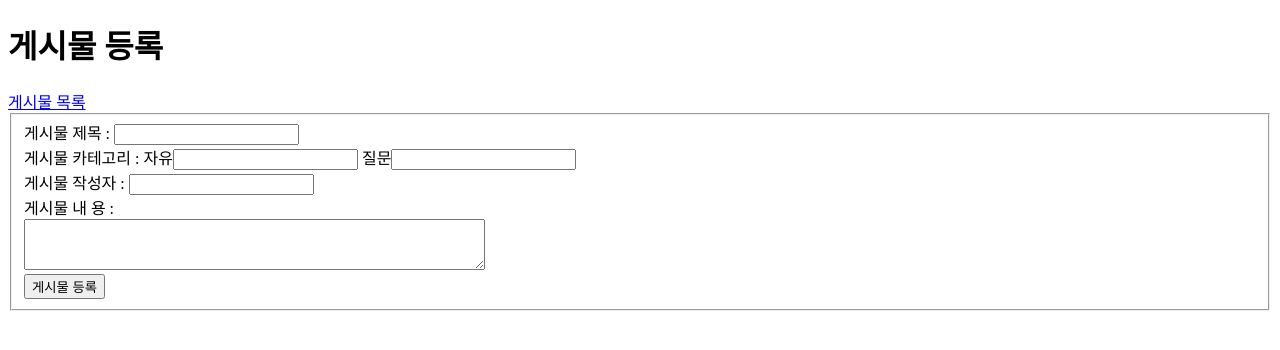
Repository: syc98syc/KB04_TeamProject
Page: http://localhost/jgig/WEB-INF/jsp/board/insert_form.jsp
These files come from the project's save history. The page is drawn as it stood at one moment and after the next save; the edit follows.
The browser window is 1280 px wide. The pictures show the whole page.
The page is served by Tomcat 9. Nobody is signed in. Other server files are loaded and not shown. The template is opened directly, without the code that normally fills it, so the values that code supplies are empty.

Above is the page before, as saved 2023-09-05 00:24:59.

### jgig/src/main/webapp/WEB-INF/jsp/board/insert_form.jsp
<%@ page language="java" contentType="text/html; charset=UTF-8"
    pageEncoding="UTF-8"%>
<!DOCTYPE html>
<html>
<head>
<meta charset="UTF-8">
<title>게시물 등록</title>
</head>
<body>
	<h1>게시물 등록</h1>
	<a href="board_list">게시물 목록</a> <br>
	<form action="board_insert_action" method="post">
		<fieldset>
			게시물 제목 : <input type="text" name="title"> <br>
			게시물 카테고리 : 자유<input type="RadioButton" name="category" val="자유">
						질문<input type="RadioButton" name="category" val="질문"> <br>
			게시물 작성자 : <input type="text" name="writer"> <br>
			게시물 내 용 : <br>
			<textarea rows="3" cols="55" name="content"></textarea>
			<br>
			<input type="submit" value="게시물 등록">
		</fieldset>
	</form>

</body>
</html>

After the next save:
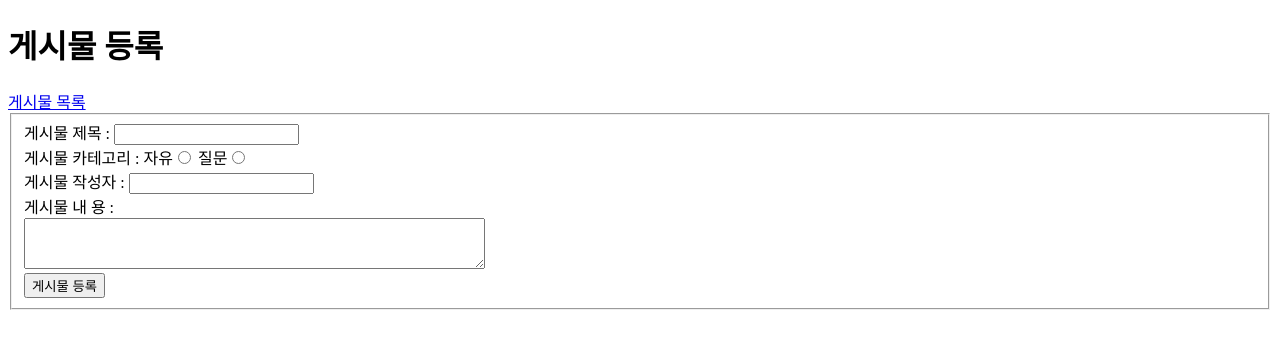
Saved 24 s later.
--- a/jgig/src/main/webapp/WEB-INF/jsp/board/insert_form.jsp
+++ b/jgig/src/main/webapp/WEB-INF/jsp/board/insert_form.jsp
@@ -12,8 +12,8 @@
 	<form action="board_insert_action" method="post">
 		<fieldset>
 			게시물 제목 : <input type="text" name="title"> <br>
-			게시물 카테고리 : 자유<input type="RadioButton" name="category" val="자유">
-						질문<input type="RadioButton" name="category" val="질문"> <br>
+			게시물 카테고리 : 자유<input type="radio" name="category" val="자유">
+						질문<input type="radio" name="category" val="질문"> <br>
 			게시물 작성자 : <input type="text" name="writer"> <br>
 			게시물 내 용 : <br>
 			<textarea rows="3" cols="55" name="content"></textarea>
